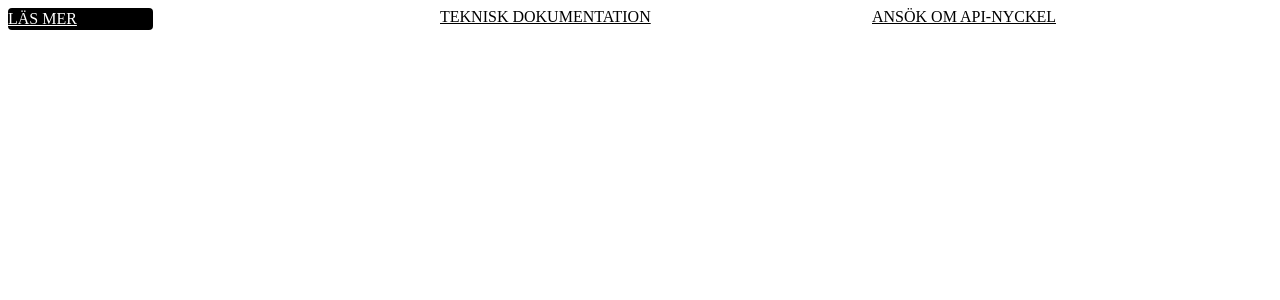
Repository: rudasn/docsy-cms-netlify
Page: layouts/partials/link.html
These files come from the project's save history. The page is drawn as it stood at one moment and after the next save; the edit follows.
The browser window is 1280 px wide. The pictures show the whole page.

Above is the page before, as saved 2021-05-11 14:54:38.

### layouts/partials/link.html

<style>
.button{
background-color: black;
border-radius: 4px;
text-align: start;
max-width: 35%;
padding-right: 5px;
padding-bottom: 2px;
padding-top: 2px;

font-size: 16px;


color: white

}

a {
color: black;
}


.bt_text {
color: white;}

.grid-container {
display: grid;
grid-template-columns: repeat(auto-fit, minmax(100px, 1fr ));


grid-gap: 32px;
grid-auto-flow: dense;

}
.link_right{
float: right;
grid-column: span;

}
/* Single column display for phones */
@media (max-width: 459px) {
    .grid-container {
      display: flex;
      flex-direction: column;
    }

}

</style>

<div class="grid-container p-0 ml-0">

    <a class="button" href="">LÄS MER</a>

    <a class="link_right " href="">TEKNISK DOKUMENTATION</a>

    <a class="link_right" href="https://apirequest.jobtechdev.se/">ANSÖK OM API-NYCKEL</a>

  </div>


<!--

<div >
    <div class="row m-0">
        <div class="column">
            <button class="list_btn">
                <a class ="bt_text"href="">Läs mer</a>
            </button>
        </div>
        <div class="column">
            <a href="">Teknisk dokumentation</a>
        </div>
        <div class="column">
            <a href="">Ansök om en APInyckel</a>
        </div>
    </div>

</div>
-->

After the next save:
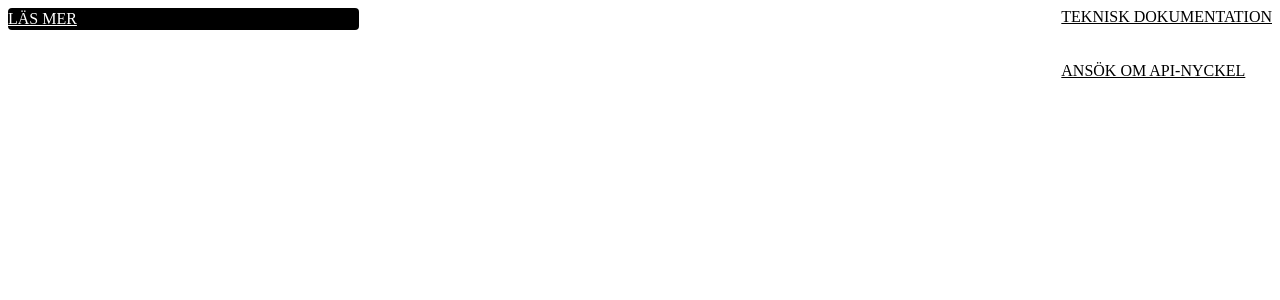
Saved 9 s later.
--- a/layouts/partials/link.html
+++ b/layouts/partials/link.html
@@ -35,7 +35,7 @@
 }
 .link_right{
 float: right;
-grid-column: span;
+grid-column: span-2;
 
 }
 /* Single column display for phones */

After the save that followed:
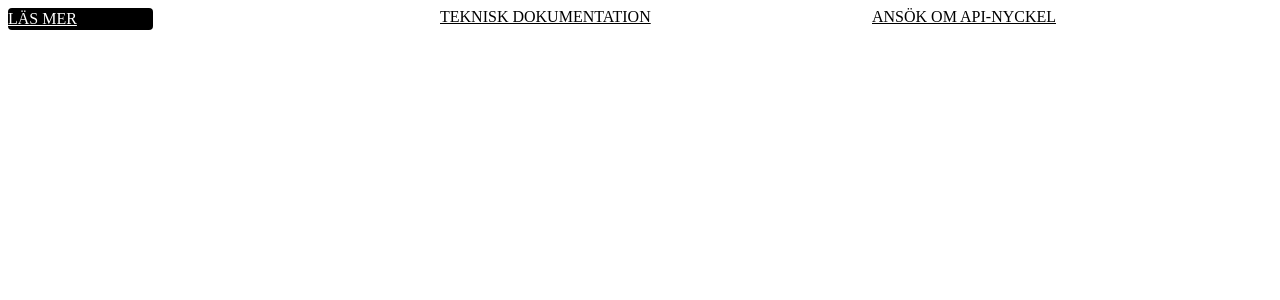
Saved 2 min 8 s later.
--- a/layouts/partials/link.html
+++ b/layouts/partials/link.html
@@ -35,7 +35,7 @@
 }
 .link_right{
 float: right;
-grid-column: span-2;
+
 
 }
 /* Single column display for phones */
